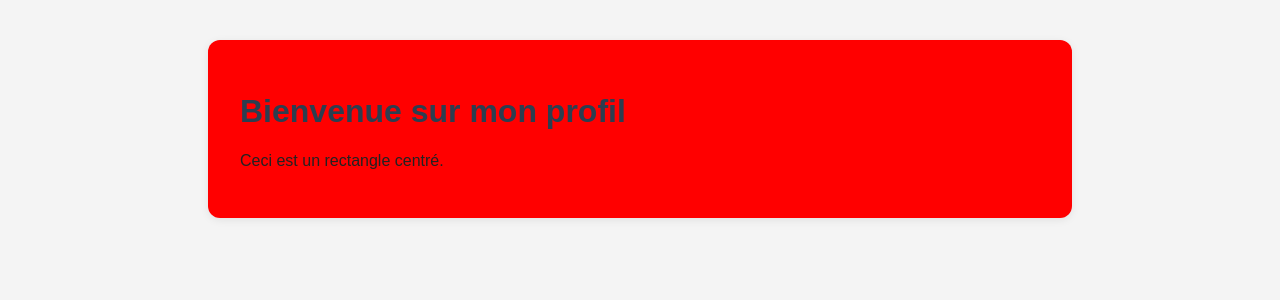
Repository: quadrinex/profile
Page: index.html
The author's editor kept a copy of each file at every save. The page is drawn from the files as they stood at one save, then again after the next save.
The browser window is 1280 px wide. The pictures show the whole page.

Above is the page before, as saved 2025-06-30 15:56:35.

### index.html
<!DOCTYPE html>
<html lang="fr">
<head>
    <meta charset="UTF-8">
    <meta name="viewport" content="width=device-width, initial-scale=1.0">
    <title>Mon Profil</title>
    <link rel="stylesheet" href="main.css">
</head>
<body>
    <!-- ...votre contenu ici... -->
    <div class="container">
        <h1>Bienvenue sur mon profil</h1>
        <p>Ceci est un rectangle centré.</p>
    </div>
</body>
</html>

### main.css
body {
    font-family: Arial, sans-serif;
    background: #f4f4f4;
    margin: 0;
    padding: 0;
    color: #222;
}

h1, h2, h3 {
    color: #2c3e50;
}

a {
    color: #3498db;
    text-decoration: none;
}

a:hover {
    text-decoration: underline;
}

.container {
    max-width: 800px;
    margin: 40px auto;
    background: #ff0000;
    padding: 32px;
    border-radius: 12px;
    box-shadow: 0 2px 8px rgba(0,0,0,0.08);
}

After the next save:
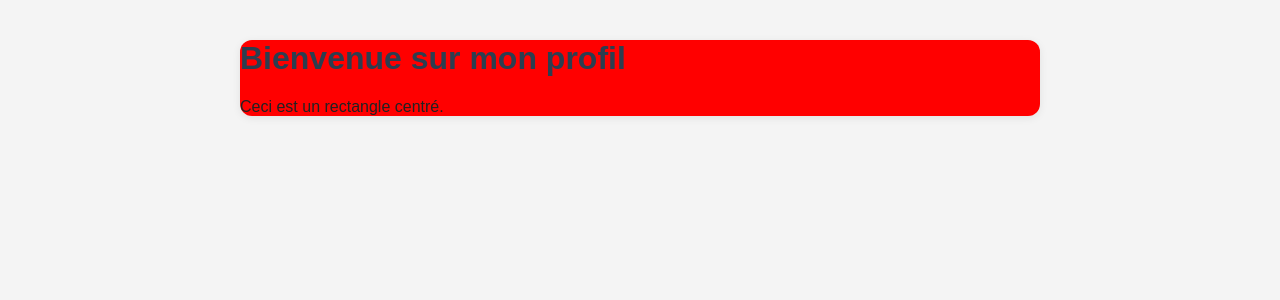
Saved 57 s later.
--- a/main.css
+++ b/main.css
@@ -23,7 +23,7 @@
     max-width: 800px;
     margin: 40px auto;
     background: #ff0000;
-    padding: 32px;
+    padding: 32px auto;
     border-radius: 12px;
     box-shadow: 0 2px 8px rgba(0,0,0,0.08);
 }

After the save that followed:
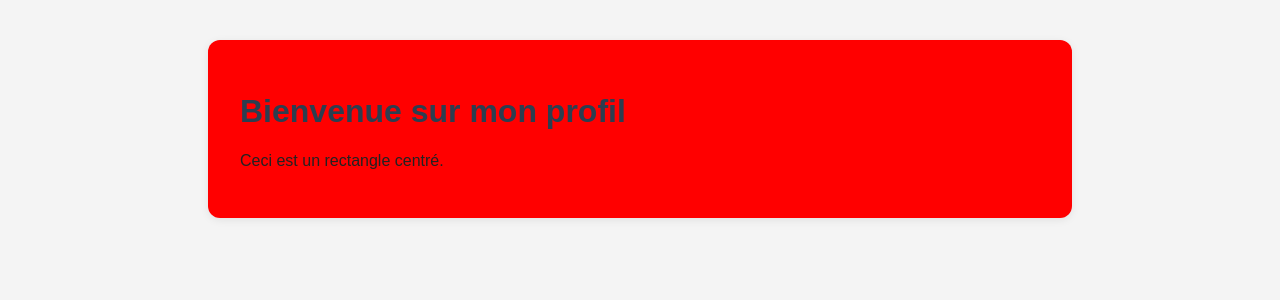
Saved 10 s later.
--- a/main.css
+++ b/main.css
@@ -23,7 +23,7 @@
     max-width: 800px;
     margin: 40px auto;
     background: #ff0000;
-    padding: 32px auto;
+    padding: 32px;
     border-radius: 12px;
     box-shadow: 0 2px 8px rgba(0,0,0,0.08);
 }
